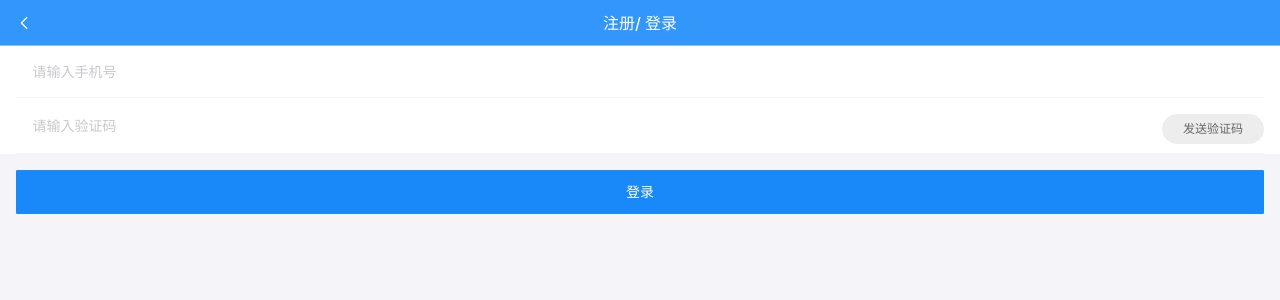
Repository: xn-lb/toutiao-mb
Page: /#/login
These files come from the project's save history. The page is drawn as it stood at one moment and after the next save; the edit follows.
The browser window is 1280 px wide. The pictures show the whole page.
Some web fonts or font styles are not loaded; a fallback is used. The project was rebuilt for these pictures with package versions that can differ from the ones it lists, and the page was loaded fresh each time. Also part of the build but not shown: vue.config.js.

Above is the page before, as saved 2023-03-23 21:27:14.

### src/main.js
import Vue from 'vue'
import App from './App.vue'
import router from './router'
import store from './store'
// 加载全局样式
import './styles/index.less'
import Vant from 'vant' //加载Vant 组件库
import 'vant/lib/index.css'
import 'amfe-flexible' //加载动态设置  rem 基准值

Vue.use(Vant); //注册使用组件库

Vue.config.productionTip = false

new Vue({
    router,
    store,
    render: h => h(App)
}).$mount('#app')

### src/App.vue
<template>
  <div id="app">
  <!-- 路由的出口 -->
    <router-view></router-view>



  </div>
</template>
<script>
export default {
  name: 'APP'
}
</script>
<style lang="less">

</style>

### src/router/index.js
import Vue from 'vue'
import VueRouter from 'vue-router'



Vue.use(VueRouter)

// 路由表
const routes = [{
        path: '/login',
        name: 'LoginIndex',
        component: () =>
            import ('@/views/login')
    },
    {
        path: '/',
        component: () =>
            import ('@/views/layout/'),
        children: [{
                path: '/qa',
                name: 'qa',
                component: () =>
                    import ('@/views/qa/')
            },
            {
                path: '/video',
                name: 'video',
                component: () =>
                    import ('@/views/video/')
            },
            {
                path: '/my', //默认子路由
                name: 'my',
                component: () =>
                    import ('@/views/my/')
            },
            {
                path: '', //默认子路由
                name: 'home',
                component: () =>
                    import ('@/views/home/')
            }
        ]
    }

]

const router = new VueRouter({
    routes
})

export default router

### src/styles/index.less
// 全局样式文件
// 加载图标样式
@import "./icon.less";

body{
    background-color: #f5f5f9;
}
.app-nav-bar{
    background-color: #3296fa !important;
    .van-nav-bar__title{
        color: #fff;
    }
    .van-icon{
        color:#fff !important;
    }
}

### src/views/login/index.vue
<template>
  <div class="login-container">
    <!-- 导航栏 -->
    <van-nav-bar class="app-nav-bar"
     title=" 注册/ 登录"
     left-arrow
     @click-left="$router.back()"
     />

    <!-- 登录表单 -->
    <van-form >
  <van-field
    class="icon-hl"
    v-model="user.mobile"
    name="手机号"
    placeholder="请输入手机号"
   >
      <i slot="left-icon" class="toutiao toutiao-shouji"></i>
   </van-field>
  <van-field
  class="icon-hl"
    v-model="user.code"
    name="验证码"
    placeholder="请输入验证码"
  >
   <i slot="left-icon" class="toutiao toutiao-yanzhengma"></i>
   <template #button>
    <van-button size="small" type="default" round class="send-sms-btn">发送验证码</van-button>
  </template>
  </van-field>
  <div style="margin: 16px;">
   <div class="login-btn-wrap">
    <van-button  block type="info" class="login-btn">登录</van-button>
   </div>
  </div>
</van-form>
  </div>
</template>

<script>
import {login} from '@/api/user'

export default {
  name: 'LoginIndex',
  components: {
    onsubmit
  },
  props: {},
  data () {
    return {
      user:{
        mobile:'',//手机号
        code:''//验证码
      }
    }
  },
  computed: {},
  watch: {},
  created () {},
  mounted () {},
  methods: {
    async onsubmit (){
      //1.获取表单数据
      const user = this.user
      //2.表单验证
      //3.提交表单登录
      try{
        const res = await login(user)
        console.log('登录成功', res);
      } catch (err){
        console.log('登录失败', err);
      }

      // 4.根据请求响应结果处理后续操作
    }
  }
}
</script>

<style scoped lang="less">
.page-nav-bar{
  background-color:#3296fa;
}
.login-container{
  .toutiao{
    font-style: 37px;
  }

}
.send-sms-btn{
  background-color: #ededed;
  font-style: 22px;
  color: #666;
  width: 102px;
  height: 30px;
  // line-height: 46;
}
.login-btn-wrap{
  background-color: #6db4fb;
  border: none;
  font-style: 42px;
}
.icon-hl{
  line-height:  32px;
  font-style: 32px;
}
</style>

### src/styles/icon.less
@font-face {
    font-family: "toutiao"; /* Project id 3968849 */
    src: url('//at.alicdn.com/t/c/font_3968849_y288fdc89co.eot?t=1679462277967'); /* IE9 */
    src: url('//at.alicdn.com/t/c/font_3968849_y288fdc89co.eot?t=1679462277967#iefix') format('embedded-opentype'), /* IE6-IE8 */
         url('//at.alicdn.com/t/c/font_3968849_y288fdc89co.woff2?t=1679462277967') format('woff2'),
         url('//at.alicdn.com/t/c/font_3968849_y288fdc89co.woff?t=1679462277967') format('woff'),
         url('//at.alicdn.com/t/c/font_3968849_y288fdc89co.ttf?t=1679462277967') format('truetype'),
         url('//at.alicdn.com/t/c/font_3968849_y288fdc89co.svg?t=1679462277967#toutiao') format('svg');
  }

  .toutiao {
    font-family: "toutiao" !important;
    font-size: 16px;
    font-style: normal;
    -webkit-font-smoothing: antialiased;
    -moz-osx-font-smoothing: grayscale;
  }

  .toutiao-guanbi:before {
    content: "\e601";
  }

  .toutiao-gengduo:before {
    content: "\e602";
  }

  .toutiao-pinglun:before {
    content: "\e603";
  }

  .toutiao-shanchu:before {
    content: "\e604";
  }

  .toutiao-dianzan:before {
    content: "\e605";
  }

  .toutiao-lishi:before {
    content: "\e606";
  }

  .toutiao-shipin:before {
    content: "\e607";
  }

  .toutiao-shoucang:before {
    content: "\e608";
  }

  .toutiao-yanzhengma:before {
    content: "\e609";
  }

  .toutiao-wenda:before {
    content: "\e60a";
  }

  .toutiao-fenxiang:before {
    content: "\e60b";
  }

  .toutiao-youjiantou:before {
    content: "\e60c";
  }

  .toutiao-wuwangluo:before {
    content: "\e60d";
  }

  .toutiao-shouji:before {
    content: "\e60e";
  }

  .toutiao-zuojiantou:before {
    content: "\e60f";
  }

  .toutiao-shouye:before {
    content: "\e610";
  }

  .toutiao-wode:before {
    content: "\e611";
  }

  .toutiao-sousuo:before {
    content: "\e612";
  }

  .toutiao-zuopin:before {
    content: "\e613";
  }

  .toutiao-yuedu:before {
    content: "\e614";
  }

### src/api/user.js
// 用户相关请求模块
import request from "@/utils/request";

export const login = data => {
    return request({
        method: 'POST',
        url: '/v1_0/authotizations',
        data
    })
}

### src/utils/request.js
// 封装axios 请求模块
import axios from "axios"

const request = axios.create({
    baseURL: 'http://toutiao.itheima.net/' //接口的基本路径
})


// 请求拦截器


// 响应拦截器

export default request

Loaded but not shown: public/index.html (common file); src/store/index.js (common file)

After the next save:
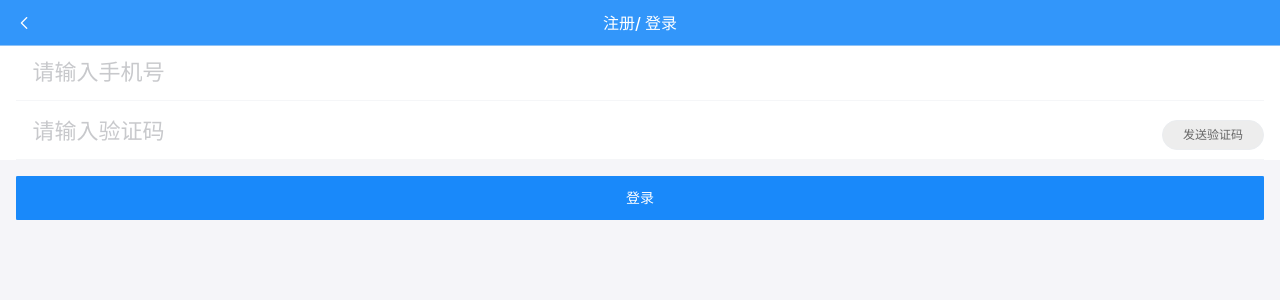
Saved 17 s later.
--- a/src/views/login/index.vue
+++ b/src/views/login/index.vue
@@ -102,6 +102,6 @@
 }
 .icon-hl{
   line-height:  32px;
-  font-style: 32px;
+  font-size: 22px;
 }
 </style>

After the save that followed:
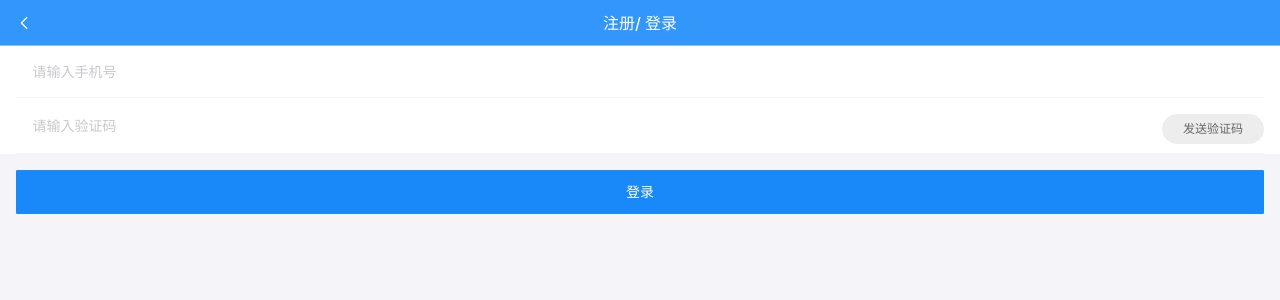
Saved 6 s later.
--- a/src/views/login/index.vue
+++ b/src/views/login/index.vue
@@ -102,6 +102,5 @@
 }
 .icon-hl{
   line-height:  32px;
-  font-size: 22px;
 }
 </style>
